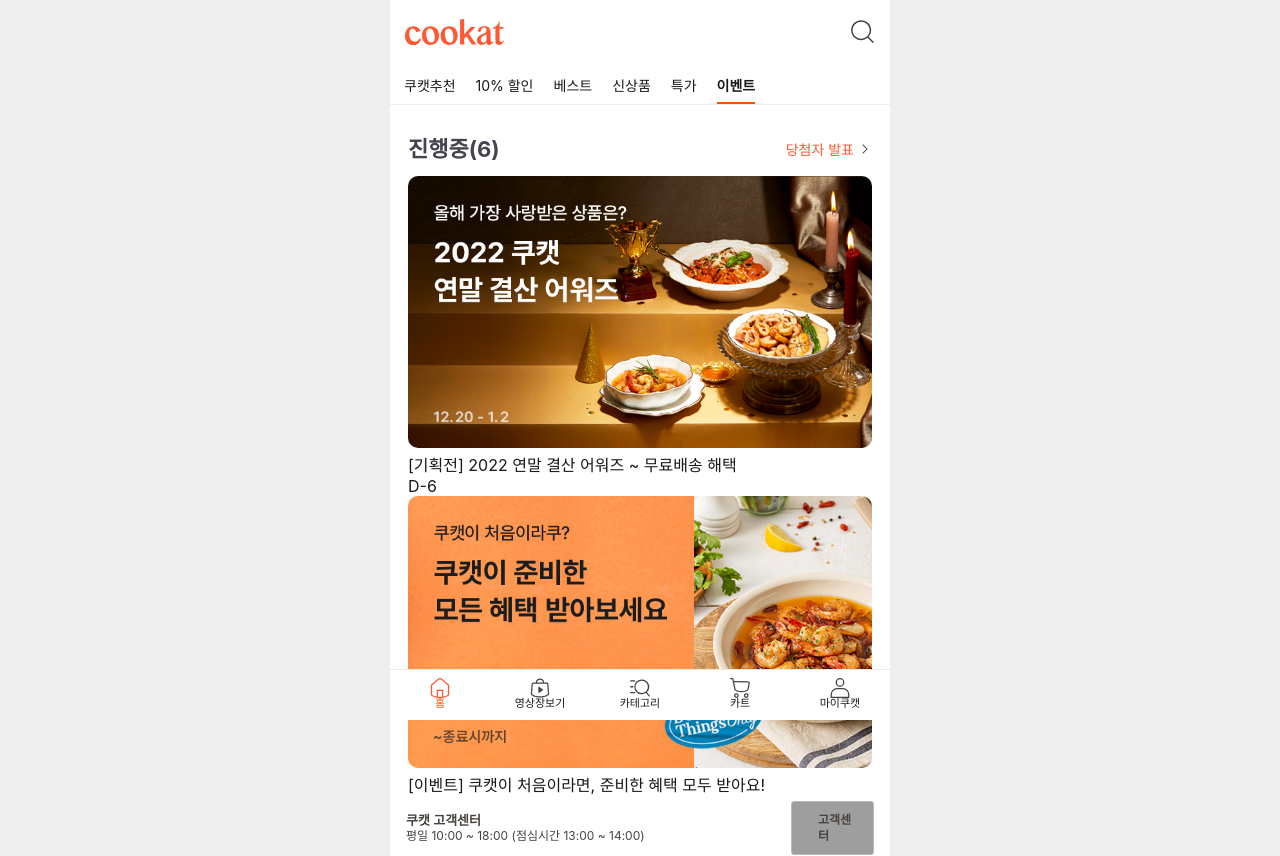
Repository: CooKat/Cookat
Page: event.html
These files come from the project's save history. The page is drawn as it stood at one moment and after the next save; the edit follows.
The browser window is 1280 px wide. The pictures show the part of the page from y = 0 to 856 px (the page is 1645 px tall before and 1649 px after).
Pictures or frames that could not be fetched are drawn as grey boxes. A picture or video elsewhere on the page could not be fetched, so the positions and the page height are approximate. Some web fonts or font styles are not loaded; a fallback is used.

Above is the page before, as saved 2022-12-27 20:52:05.
Not found: js/ex1.js

After the next save:
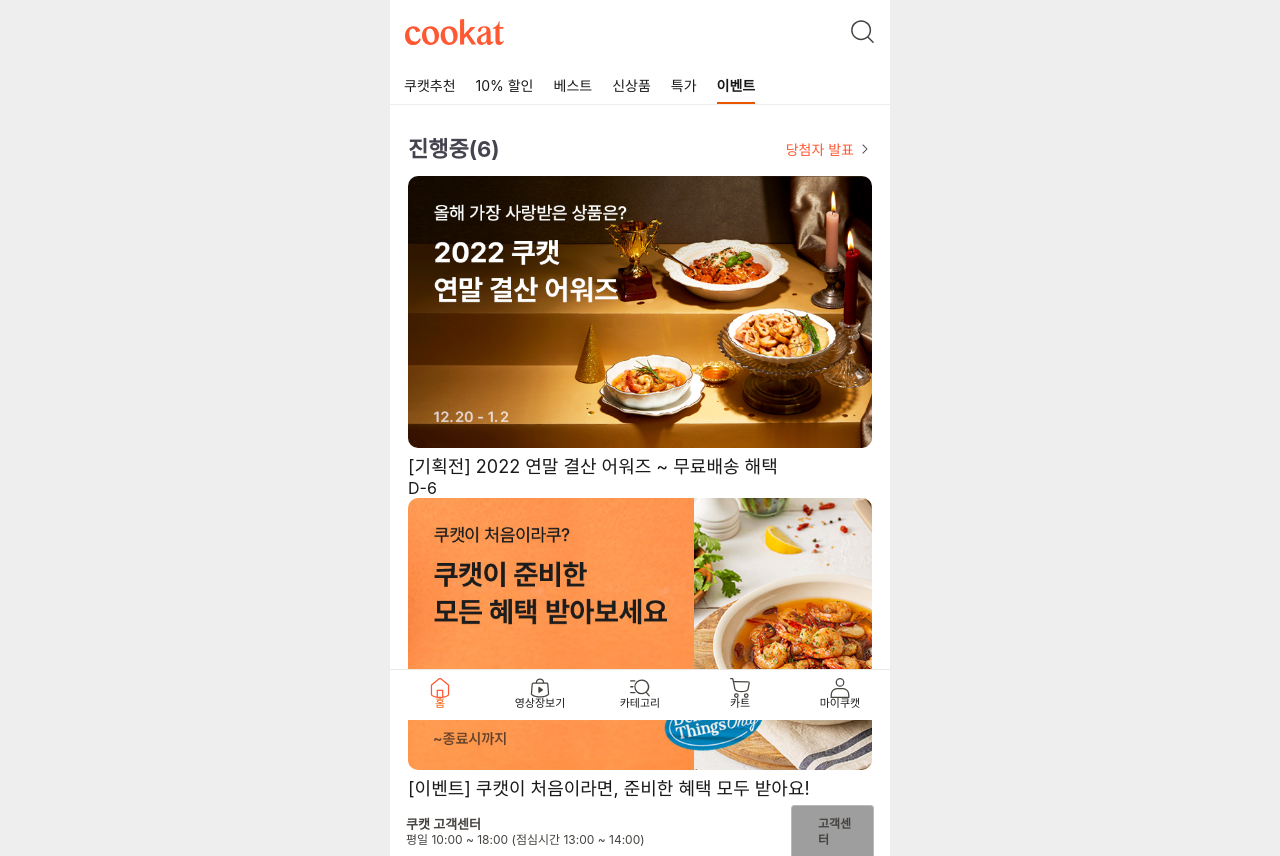
Saved 74 s later.
--- a/css/event.css
+++ b/css/event.css
@@ -46,5 +46,5 @@
 }
 
 .item-list-title{
-
+  font-size: var(--text-lg);
 }
